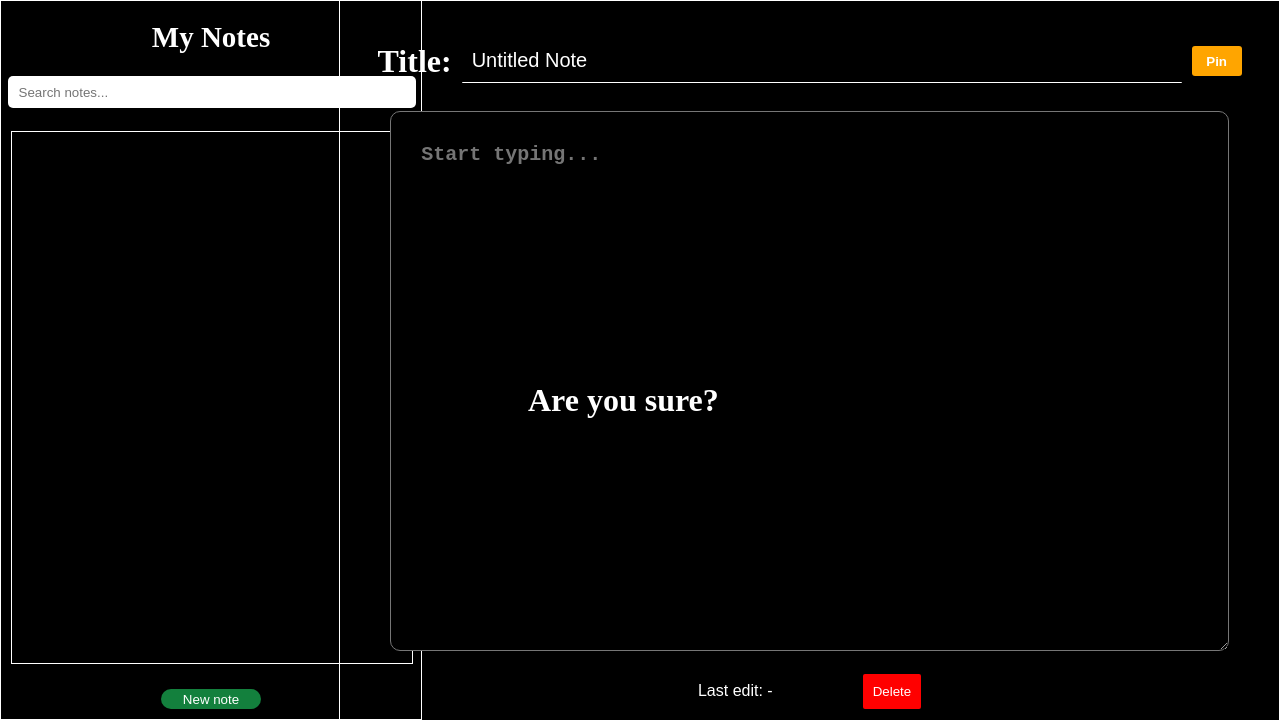
Repository: dmpelaez/myNotes
Page: QuickNotes.html
These files come from the project's save history. The page is drawn as it stood at one moment and after the next save; the edit follows.
The browser window is 1280 px wide. The pictures show the whole page.

Above is the page before, as saved 2025-12-18 21:51:12.

After the next save:
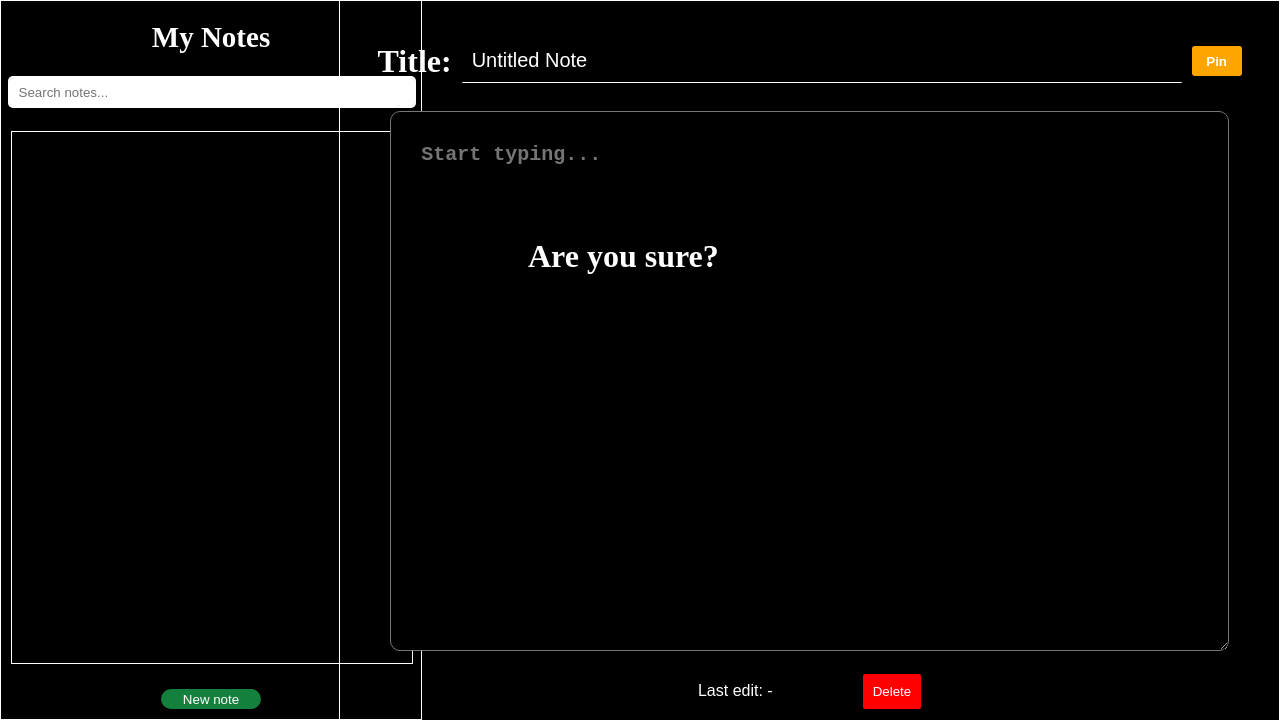
Saved 9 s later.
--- a/QuickNotes.css
+++ b/QuickNotes.css
@@ -163,5 +163,5 @@ body {
 .delete-confirm {
   position: absolute;
   left: 20%;
-  top: 50%;
+  top: 30%;
 }
